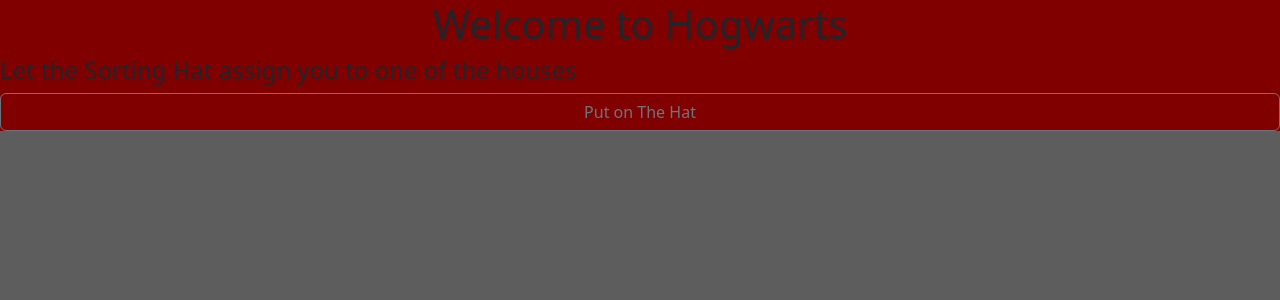
Repository: fernandabenavides618nash/INDIVIDUAL-PROJECT-sorting-hat
Page: index.html
An editor plug-in stored every save of this project. The page is shown before and after the next save, followed by the edit.
The browser window is 1280 px wide. The pictures show the whole page.

Above is the page before, as saved 2023-05-04 14:33:05.

After the next save:
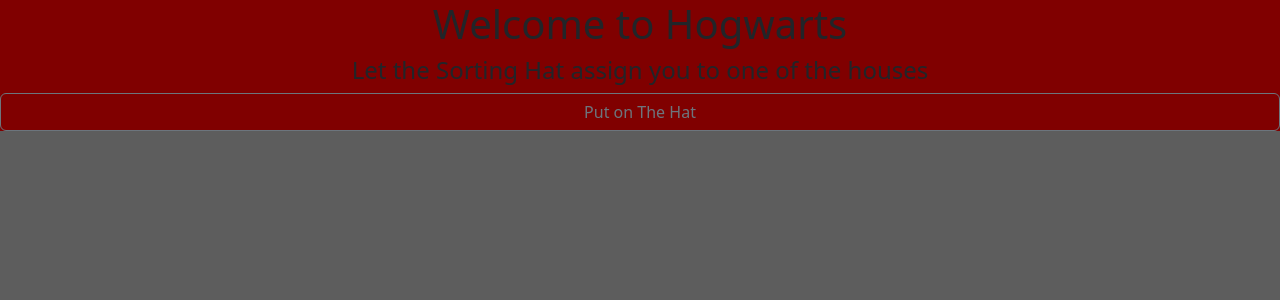
Saved 20 s later.
--- a/main.css
+++ b/main.css
@@ -12,7 +12,7 @@
   justify-content: center;
 }
 
-.intro h3 {
+.intro h4 {
   display: flex;
   justify-content: center;
 }
